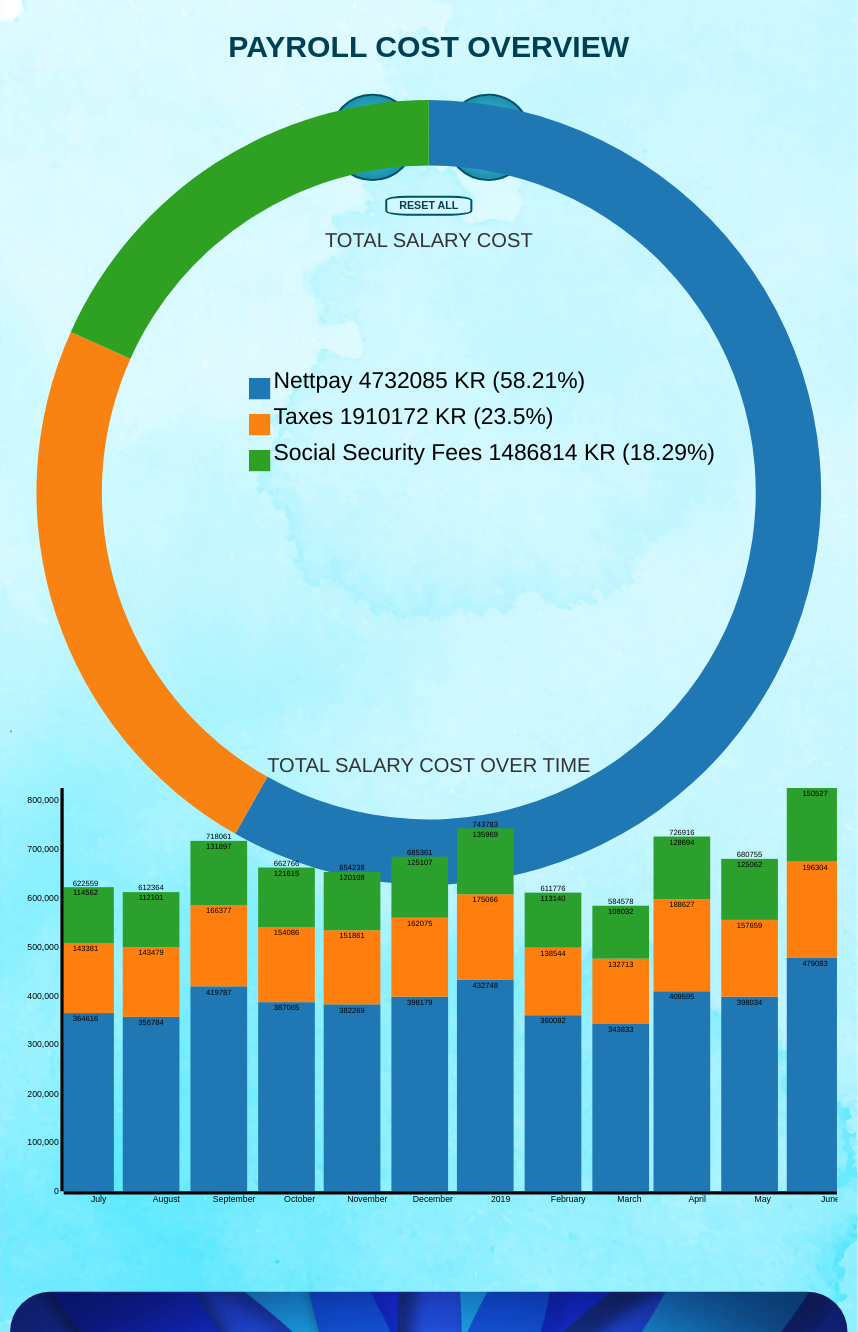
Repository: Code-Institute-Submissions/danfiliphoff-Milestoneproject-2
Page: total_cost.html
The author's editor kept a record of every edit. The page is drawn from the files as they stood at one moment, then again after the next edit.
The browser window is 1280 px wide. The pictures show the whole page, at 67% of full size.

Above is the page before.

### total_cost.html
<!DOCTYPE html>
<html lang="en">
<head>
    <meta charset="UTF-8">
    <meta name="viewport" content="width=device-width, initial-scale=1.0">
    <meta http-equiv="X-UA-Compatible" content="ie=edge">
    <title>Payroll Dashboard</title>
    <link rel="stylesheet" href="static/css/style.css" type="text/css" />
    <link rel="stylesheet" href="static/pictures/html_background.jpg" type="image/jpg" />
    <link rel="stylesheet" href="https://stackpath.bootstrapcdn.com/bootstrap/3.3.7/css/bootstrap.min.css" type="text/css" />
    <script src="https://ajax.googleapis.com/ajax/libs/jquery/3.3.1/jquery.min.js"></script>
    <script src="https://maxcdn.bootstrapcdn.com/bootstrap/3.4.0/js/bootstrap.min.js"></script>
    <script src="static/js/library_js/d3.min.js"></script>
    <script src="static/js/library_js/d3-time-format.v2.min.js"></script>
    <script src="static/js/library_js/crossfilter.min.js"></script>
    <script src="static/js/library_js/dc.min.js"></script>
    <script src="static/js/library_js/queue.min.js"></script>
    <script src="static/js/total_cost.js"></script>
</head>

<body id="index-body-size,body-account">
    <div class="container-fluid" id="index-background">
        <header>
            <!--*******Title*********-->
            <div >
               <div class="row">
                    <h1 class="col-md-12 paddingtitle title">
                         <a href="index.html" class="title">
                             <span>Payroll Cost Overview</span>
                             <br>
                         </a>
                    </h1>
               </div>
            </div>
        </header>
        <div class = "body-account">
            <!--****** Navigation Buttons******-->
            <div class="mobile" id="indexcontent">
                <div class="row" id="center-btn">
                    <div class="col-md-12">
                        <form style="display: inline" action="total_cost.html" method="get">
                            <button class="mainbutton">
                                <span>Total<br> Costs</span>
                            </button>
                        </form>
                        <form style="display: inline" action="account.html" method="get">
                            <button class="mainbutton">
                                <span>Cost Breakdown</span>
                            </button>
                        </form>
                    </div>
                </div>
            </div>
            <!--*****Reset All Button******-->
            <div class="row">
                <div class="col-md-12">
                    <button type="button" class="btn btn-default">
                        <a href="javascript:dc.filterAll(); dc.renderAll();">Reset All</a>
                    </button>
                </div>
            </div>
            <!--*****Graphs******-->
            <div class="container">
                <!--*****Pie Chart******-->
                <div class="row">
                    <section class="col-md-12">
                        <h2 class="h2-chart-heading">TOTAL SALARY COST</h2>
                        <div id="total-cost-pie-chart"></div>
                    </section>  '
                </div>
                <!--*****Bar Chart******-->
                <div class="row">
                    <section class="col-md-12">
                        <h2 class="h2-chart-heading">TOTAL SALARY COST OVER TIME</h2>
                        <div id="total-cost-stacked-bar-chart"></div>
                    </section>
                </div>
            </div>
        </div>
        <!--****** Footer******-->
        <footer class="container-fluid footer-pinned">
            <div class="row footerbackgrund">
            </div>
        </footer>
    </div>
</body>
</html>

### static/css/style.css
/*--------HEADER-------*/
.paddingtitle{
    padding-top:25px;
    text-align: center;
}

.title {
    font-family: "Nunito", Arial;
    font-weight: 800;
    font-size: 45px;
    line-height: 50px;
    text-transform: uppercase;
    color:#004054;
    text-decoration: none !important;
    top: 0.5%;
    position: relative;
}

/*--------Index-------*/
#index-body-size{
    position: fixed;
    height: 100%;
    width: 100%;
    margin-top: -27px;
    margin-left: 0px;
}
#indexcontent{
    text-align: center;
    margin-top: 1%;
}

#welcome-text{
    max-width: 100px;
}

/*--------Navigation buttons-------*/
#center-btn{
    margin-right: 20px;
}

.mainbutton{
    border-radius: 50%;
    color: #004054;
    background: radial-gradient(#5adae9, #017296);
    height: 130px;
    width: 130px;
    font-family: "Nunito", Arial;
    font-weight: 800;
    font-size:16px;
    border: 3px solid #00516b;
    transition: all 0.5s;
    cursor: pointer;
    text-align: center;
    margin-bottom: 22px;
    margin-top: 22px;
    margin-left: 40px;
}

.mainbutton:hover{
  box-shadow: 0 12px 16px 0 rgba(0,0,0,0.24), 0 17px 50px 0 rgba(0,0,0,0.19);
}

.mainbutton span{
  cursor: pointer;
  display: inline-block;
  position: relative;
  transition: 0.5s;
}

.mainbutton span:after{
  content: '\00bb';
  position: absolute;
  opacity: 0;
  top: 0;
  right: -20px;
  transition: 0.5s;
}

.mainbutton:hover span{
  padding-right: 25px;
}

.mainbutton:hover span:after{
  opacity: 1;
  right: 0;
}


/*--------GENERAL-------*/

.navbar-fixed-bottom{
    margin-left: 20px;
    margin-right:24px;
}
#index-background{
    position: relative;
    background-repeat:no-repeat;
    background-size:cover;
    background-image: url("../pictures/html_background.jpg");
    height: 107%;
    width: 100%;
}

.body-account{
    padding-bottom:60px;
    height: 100%;
}

.topic-header{
  font-family: "Nunito", Arial;
  font-weight: 700;
  font-size:  43px;
  color:#004054;
  text-align: center;
}

.topic-text{
  font-family: "Nunito", Arial;
  color:black;
  font-size: 13px;
  text-decoration: none!important;
  text-align: justify;
  max-width: 203px;
  margin: 0 auto;
}

.container{
    width: 100% !important;
}

.h2-chart-heading{
    text-align: center;
}

/*--------------SELECTORS AND DROPDOWNS -------------------*/
#salary-type-selector > select,
#index-background > div > div.container > div:nth-child(2) > div > button,
#index-background > div > div.row > div > button
{
    font-family: "Nunito", Arial;
    font-size: 16px;
    background-color: inherit;
    height: 30px;
    width: 130px;
    font-weight: 800;
    border: 3px solid #00516b;
    text-align: center;
}

#salary-type-selector > select,button, input, select, textarea,
#index-background > div > div.container > div:nth-child(2) > div > button,
#index-background > div > div.row > div > button{
    background-color: #D3F8FF;
    border-radius: 25%;
    text-align: center;
}

#index-background > div > div.container > div:nth-child(2) > div > button > a,
#index-background > div > div.row > div > button > a{
    text-transform: uppercase;
}

#index-background > div > div.container > div:nth-child(2) > div > button{
    margin-top:10px!important;
}

.btn-default{
    padding-top:1px!important;
}

#salary-type-selector > select > option:nth-child(1){
    text-transform: uppercase;
}

/*--------------GRAPHS AND CHARTS GENERAL  -------------------*/
/*below make sures that line grap renders as a line and not as an area*/
.line {
         fill: none;
         stroke: #004054;
         stroke-width: 6px;
         }

#Cost-Per-Type > svg,
#Cost-Over-Time > svg,
#cost-per-account > svg,
#total-cost-pie-chart > svg,
#total-cost-stacked-bar-chart > svg,
#salary-type-selector > select,
#index-background > div > div.container > div:nth-child(2) > div > button,
#index-background > div > div.row > div > button{
    display:block;
    margin:auto;
}

#Cost-Over-Time > svg > g > g.axis.y,
#Cost-Over-Time > svg > g > g.axis.x,
#cost-per-account > svg >.dc-legend,
#total-cost-stacked-bar-chart > svg > g > g.axis.y,
#total-cost-stacked-bar-chart > svg > g > g.axis.x,
#salary-type-selector > select,button, input, select, textarea,
#salary-type-selector > select > option,
#index-background > div > div.container > div:nth-child(2) > div > button > a,
#index-background > div > div.row > div > button > a{
    font-family: "Nunito", Arial;
    font-size: 16px;
    color:#004054;
}

/*--------------GRAPHS AND CHARTS SPECIFIC-------------------*/

#Cost-Per-Type
 .axis.y { display: none;
 }

#Cost-Per-Type > svg > g > g.axis.x > g > text{
    text-anchor: end !important;
}

#cost-per-account > svg >.dc-legend{
    text-transform: uppercase;
}

#Cost-Over-Time > svg > g > g.axis.x {
    font-size: 13.5px;
}

#Cost-Over-Time > svg > g > g.axis.x > g > text{
    transform:rotate(-35deg);
    margin-top: 30px;
    text-anchor: end !important;
}

#Cost-Over-Time > svg{
    overflow: visible;
}

#Cost-Over-Time > svg > g > g.axis.x > g:nth-child(2){
    margin-top: 10px;
}

#total-cost-pie-chart > svg {
    margin-top:-260px;
    margin-bottom: -260px;
}


/*--------------FOOTER-------------------*/

.footerbackgrund{
  bottom: 0;
  margin-top: 50px;
  border-radius: 170px 170px 0px 0px;
  background-repeat:no-repeat;
  background-size:cover;
  background-image: url("../pictures/footerbackground.jpg");
  height: 60px;
}


/*-------------MEDIA QUERYS-----------*/
@media  (min-width: 0px) and (max-width: 426px){
    .title{
        font-weight: 800;
        font-size: 24px;
        line-height: 40px;
        padding-top: 20px;
    }

    .topic-header{
        font-size:  25px;
    }
}

@media (max-width: 320px){
   .topic-text{
        font-size: 12px;
    }
}


@media (max-width: 404px){
    .mainbutton{
        height: 85px;
        width: 85px;
        font-size: 11px;
    }
}

@media  (min-width: 427px) and (max-width: 768px) {
    .title {
        font-weight: 800;
        font-size: 35px;
        line-height: 30px;
        padding-top: 20px;
    }

    .topic-header{
        font-size:  30px;
    }
}


@media (min-width: 768px){

    .topic-text{
        font-size: 15px;
        max-width: 295px;
    }

    #index-body-size{
    margin-top: -31px;
    }

   .navbar-fixed-bottom {
    margin-bottom: -25px;
    }
}

### static/js/total_cost.js
queue()
    .defer(d3.csv, "data/total_cost.csv")
    .await(makeTotalCostGraps);

function makeTotalCostGraps(error, totalCost){

    var parseDate = d3.time.format("%Y-%m-%d").parse;
        totalCost.forEach(function(d){
            d.PaymentDate = parseDate(d.PaymentDate);
        });


   var ndx=crossfilter(totalCost);
   makePie(ndx);
   StackedBarChartTotalCost(ndx);
   dc.renderAll();
}



function StackedBarChartTotalCost(ndx){
    var payment_date_dim_bar = ndx.dimension(dc.pluck("PaymentDate"));
    var minDate = payment_date_dim_bar.bottom(1)[0].PaymentDate;
    var maxDate = payment_date_dim_bar.top(1)[0].PaymentDate;
    var NettpayByMonth = payment_date_dim_bar.group().reduceSum(function (d) {
            if (d.Type === 'Nettpay') {
                return +d.Sum;
            } else {
                return 0;
            }
        });

    var TaxesByMonth = payment_date_dim_bar.group().reduceSum(function (d) {
            if (d.Type === 'Taxes') {
                return +d.Sum;
            } else {
                return 0;
            }
        });

    var SocialSecurityFeesByMonth = payment_date_dim_bar.group().reduceSum(function (d) {
            if (d.Type === 'Social Security Fees') {
                return +d.Sum;
            } else {
                return 0;
            }
        });

    dc.barChart('#total-cost-stacked-bar-chart')
            .width(1500)
            .height(800)
            .useViewBoxResizing(true)
            .margins({top: 10, left: 80, right: 1, bottom: 50})
            .dimension(payment_date_dim_bar)
            .group(NettpayByMonth, "Nettpay")
            .stack(TaxesByMonth, "Taxes")
            .stack(SocialSecurityFeesByMonth, "Sociala")
            .renderLabel(true)/*gets total label for whole bar*/
            .elasticX(true)
            .xAxisPadding(10)
            .gap(15)
            .centerBar(true)
            .x(d3.time.scale().domain([minDate,maxDate]))
            .xUnits(d3.time.months)
           /* .barPadding(0.3)/*adjusts with of each bar*/
            .on('renderlet', function (chart) {
                //Check if labels exist
                var gLabels = chart.select(".labels");
                if (gLabels.empty()){
                    gLabels = chart.select(".chart-body").append('g').classed('labels', true);
                }

                var gLabelsData = gLabels.selectAll("text").data(chart.selectAll(".bar")[0]);
                gLabelsData.exit().remove(); //Remove unused elements
                gLabelsData.enter().append("text"); //Add new elements
                gLabelsData
                .attr('text-anchor', 'middle')
                .attr('fill', 'black')
                .text(function(d){
                    text_object =  d3.select(d).datum().y
                    console.log(text_object)
                    return text_object
                })
                .attr('x', function(d){
                    return +d.getAttribute('x') + (d.getAttribute('width')/2);
                })
                .attr('y', function(d){ return +d.getAttribute('y') + 15; })
                .attr('style', function(d){
                    if (+d.getAttribute('height') < 18) return "display:none";
                });

            });
}




function makePie(ndx) {
    var type_dim = ndx.dimension(dc.pluck("Type"));
    var total_cost_pie_chart = type_dim.group().reduceSum(dc.pluck('Sum'));


    dc.pieChart('#total-cost-pie-chart')
        .height(500)
        .width(500)
        .radius(240)
        .useViewBoxResizing(true)
        .innerRadius(200)
        .transitionDuration(1500)
        .dimension(type_dim)
        .group(total_cost_pie_chart)
        .legend(dc.legend()
            .x(140)
            .y(180)
            .itemHeight(13)
            .gap(9)
            .legendText(function(d){return d.name + " " + d.data + " " + "KR (" +  Math.round((d.data/(8129071/100))*100)/100 + "%)"}))
        .renderLabel(false)
        .ordinalColors(['#1f78b4', '#F88212', '#2EA122']);
}

Loaded but not shown: static/js/library_js/d3.min.js (library); static/js/library_js/d3-time-format.v2.min.js (library); static/js/library_js/crossfilter.min.js (library); static/js/library_js/dc.min.js (library); static/js/library_js/queue.min.js (common file)

After the next edit:
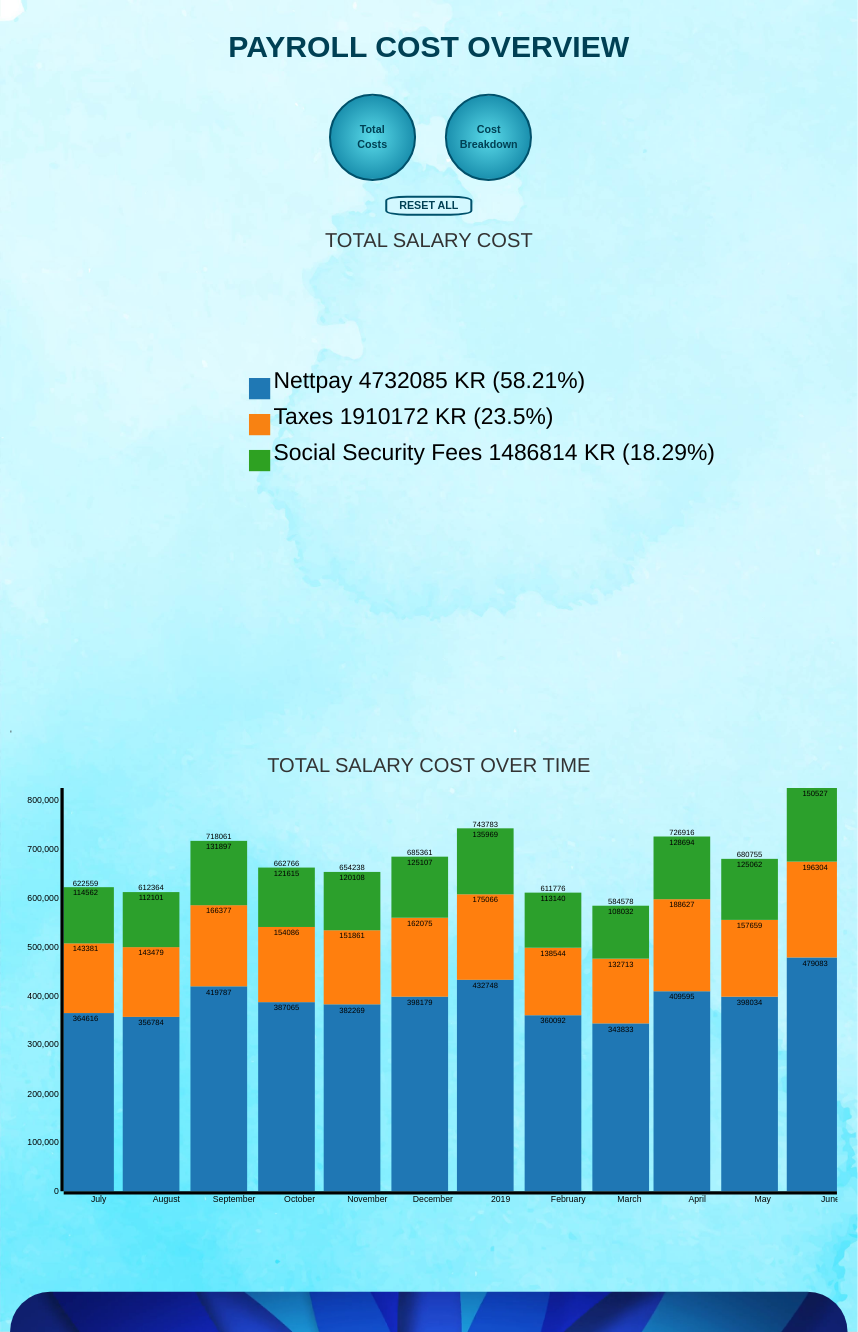
The edit:
--- a/static/js/total_cost.js
+++ b/static/js/total_cost.js
@@ -103,7 +103,7 @@
     dc.pieChart('#total-cost-pie-chart')
         .height(500)
         .width(500)
-        .radius(240)
+        .radius(200)
         .useViewBoxResizing(true)
         .innerRadius(200)
         .transitionDuration(1500)
